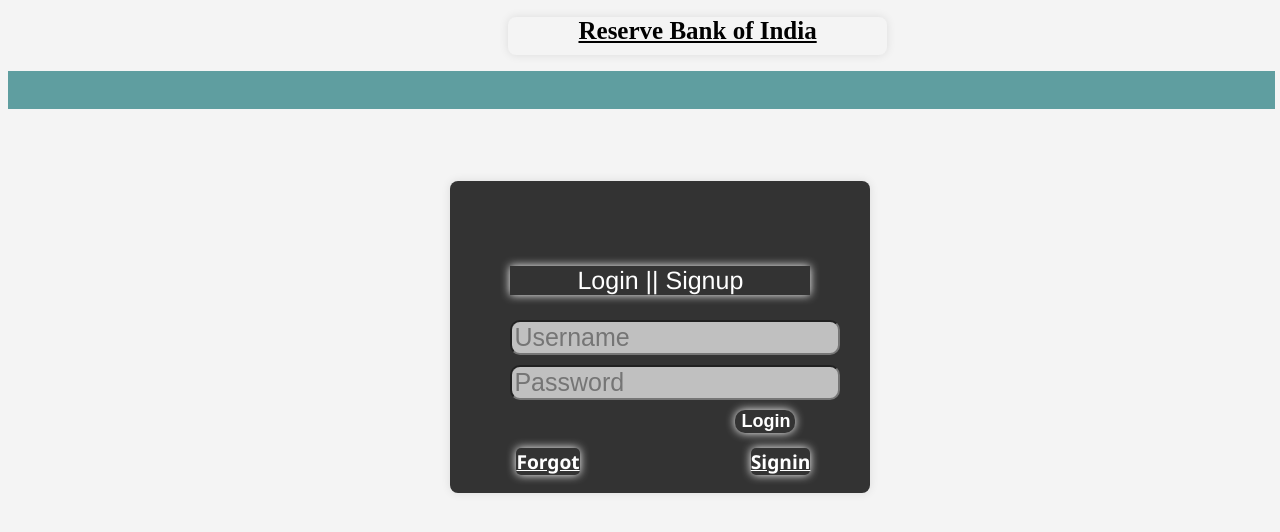
Repository: AbhishekSinghChouhan45/JSP-Projects
Page: http://localhost/BankProject/
These files come from the project's save history. The page is drawn as it stood at one moment and after the next save; the edit follows.
The browser window is 1280 px wide. The pictures show the whole page.
The page is served by Tomcat 10.

Above is the page before, as saved 2023-12-09 06:03:53.

After the next save:
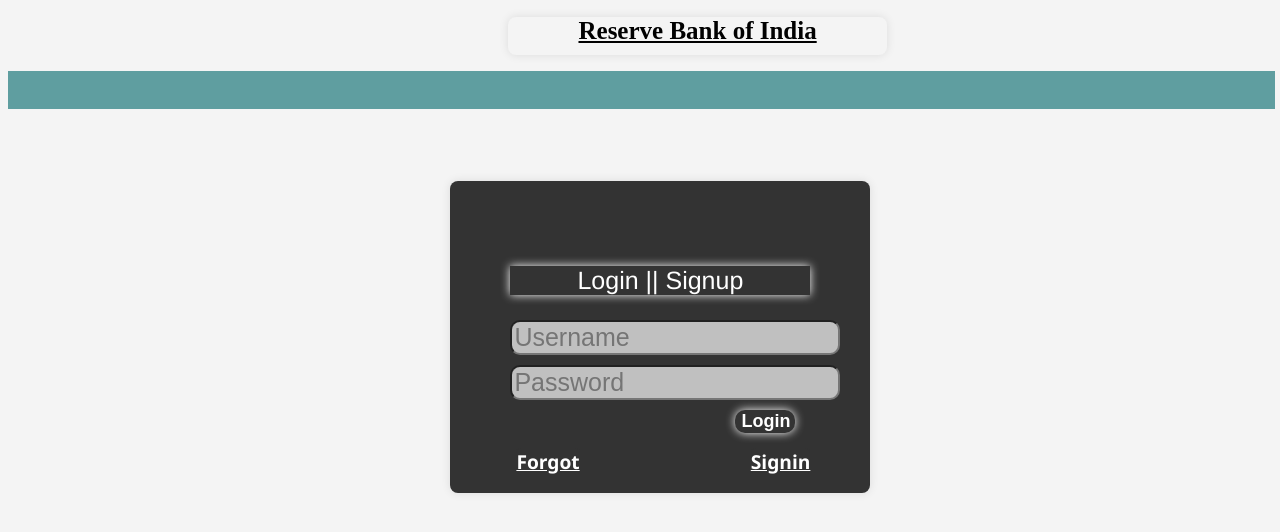
Saved 14 s later.
--- a/BankProject/src/main/webapp/style.css
+++ b/BankProject/src/main/webapp/style.css
@@ -80,7 +80,7 @@
 	border-style: hidden;
 	font-family: 'Segoe UI', Tahoma, Geneva, Verdana, sans-serif;
 	font-weight: 600;
-	box-shadow:  0 0 10px rgb(255, 255, 255);
+/*	box-shadow:  0 0 10px rgb(255, 255, 255);*/
 	border-radius: 5px;
 }
 /*Signin css properties*/
